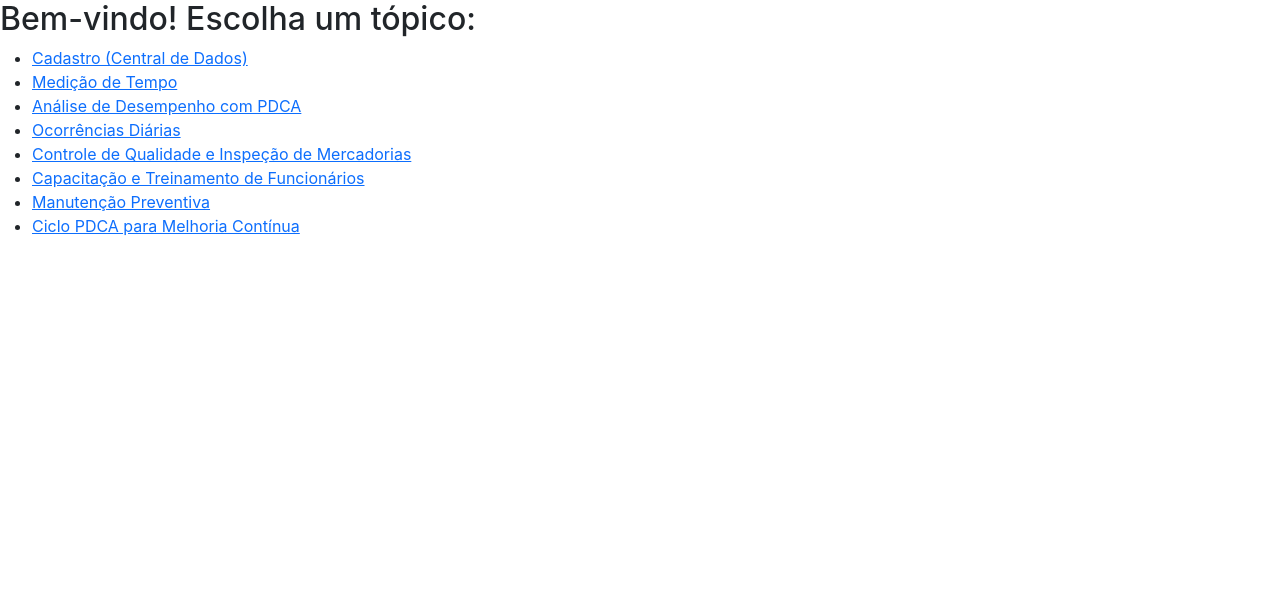
Repository: feliperanon/appliz
Page: /links
An editor plug-in stored every save of this project. The page is shown before and after the next save, followed by the edit.
The browser window is 1280 px wide. The pictures show the whole page.
The project was rebuilt for these pictures with package versions that can differ from the ones it lists, and the page was loaded fresh each time. Also part of the build but not shown: src/components/Login.js, src/components/Cadastro.js, src/components/MedicaoTempo.js, src/components/AnaliseDesempenho.js, src/components/OcorrenciasDiarias.js, src/components/ControleQualidade.js, src/components/CapacitacaoTreinamento.js, src/components/ManutencaoPreventiva.js and 1 more.

Above is the page before, as saved 2024-10-10 20:23:23.

### src/index.js
import React from 'react';
import ReactDOM from 'react-dom';
import 'bootstrap/dist/css/bootstrap.min.css'; // Importando o Bootstrap
import './index.css'; // Manter o CSS global se necessário
import App from './App';

ReactDOM.render(
  <React.StrictMode>
    <App />
  </React.StrictMode>,
  document.getElementById('root')
);

### src/App.js
import React from 'react';
import { BrowserRouter as Router, Route, Routes } from 'react-router-dom';
import Login from './components/Login';
import Cadastro from './components/Cadastro';
import MedicaoTempo from './components/MedicaoTempo';
import AnaliseDesempenho from './components/AnaliseDesempenho';
import OcorrenciasDiarias from './components/OcorrenciasDiarias';
import ControleQualidade from './components/ControleQualidade';
import CapacitacaoTreinamento from './components/CapacitacaoTreinamento';
import ManutencaoPreventiva from './components/ManutencaoPreventiva';
import CicloPDCA from './components/CicloPDCA';
import Links from './components/Links'; // Página com links para os tópicos

function App() {
  return (
    <Router>
      <Routes>
        <Route path="/" element={<Login />} />
        <Route path="/links" element={<Links />} />
        <Route path="/cadastro" element={<Cadastro />} />
        <Route path="/medicao-tempo" element={<MedicaoTempo />} />
        <Route path="/analise-desempenho" element={<AnaliseDesempenho />} />
        <Route path="/ocorrencias-diarias" element={<OcorrenciasDiarias />} />
        <Route path="/controle-qualidade" element={<ControleQualidade />} />
        <Route path="/capacitacao-treinamento" element={<CapacitacaoTreinamento />} />
        <Route path="/manutencao-preventiva" element={<ManutencaoPreventiva />} />
        <Route path="/ciclo-pdca" element={<CicloPDCA />} />
      </Routes>
    </Router>
  );
}

export default App;

### src/components/Links.js
import React from 'react';
import { Link } from 'react-router-dom';

const Links = () => {
  return (
    <div>
      <h2>Bem-vindo! Escolha um tópico:</h2>
      <ul>
        <li><Link to="/cadastro">Cadastro (Central de Dados)</Link></li>
        <li><Link to="/medicao-tempo">Medição de Tempo</Link></li>
        <li><Link to="/analise-desempenho">Análise de Desempenho com PDCA</Link></li>
        <li><Link to="/ocorrencias-diarias">Ocorrências Diárias</Link></li>
        <li><Link to="/controle-qualidade">Controle de Qualidade e Inspeção de Mercadorias</Link></li>
        <li><Link to="/capacitacao-treinamento">Capacitação e Treinamento de Funcionários</Link></li>
        <li><Link to="/manutencao-preventiva">Manutenção Preventiva</Link></li>
        <li><Link to="/ciclo-pdca">Ciclo PDCA para Melhoria Contínua</Link></li>
      </ul>
    </div>
  );
};

export default Links;

Loaded but not shown: public/index.html (common file); src/index.css (common file)

After the next save:
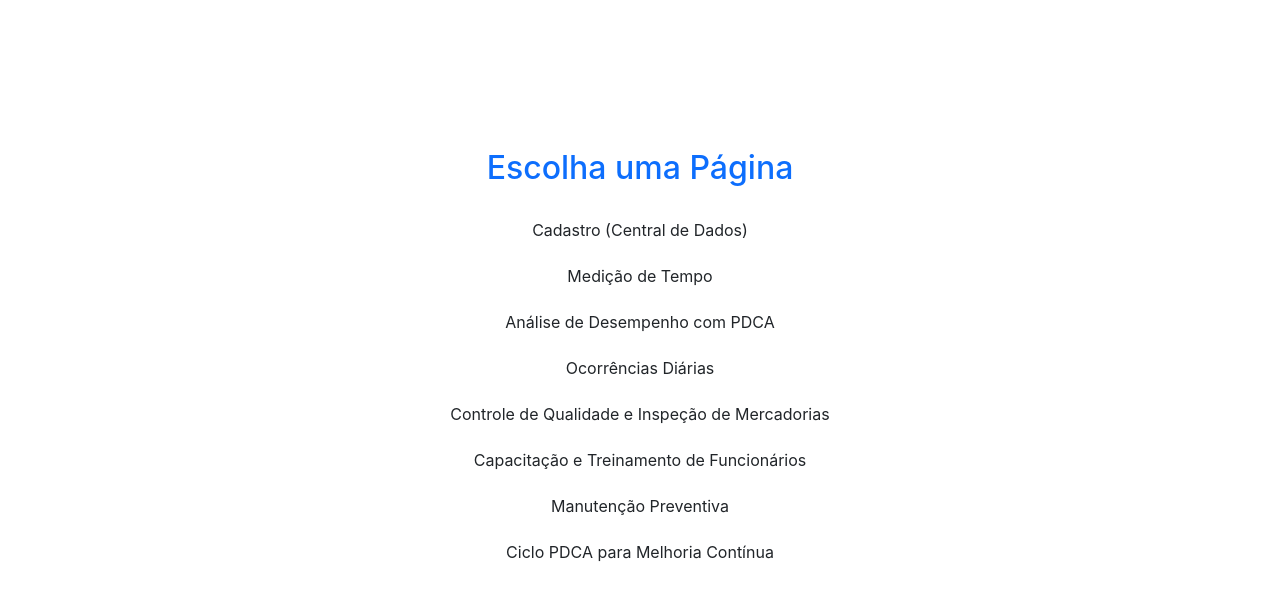
Saved 29 s later.
--- a/src/components/Links.js
+++ b/src/components/Links.js
@@ -3,18 +3,18 @@ import { Link } from 'react-router-dom';
 
 const Links = () => {
   return (
-    <div>
-      <h2>Bem-vindo! Escolha um tópico:</h2>
-      <ul>
-        <li><Link to="/cadastro">Cadastro (Central de Dados)</Link></li>
-        <li><Link to="/medicao-tempo">Medição de Tempo</Link></li>
-        <li><Link to="/analise-desempenho">Análise de Desempenho com PDCA</Link></li>
-        <li><Link to="/ocorrencias-diarias">Ocorrências Diárias</Link></li>
-        <li><Link to="/controle-qualidade">Controle de Qualidade e Inspeção de Mercadorias</Link></li>
-        <li><Link to="/capacitacao-treinamento">Capacitação e Treinamento de Funcionários</Link></li>
-        <li><Link to="/manutencao-preventiva">Manutenção Preventiva</Link></li>
-        <li><Link to="/ciclo-pdca">Ciclo PDCA para Melhoria Contínua</Link></li>
-      </ul>
+    <div className="container d-flex flex-column justify-content-center align-items-center vh-100">
+      <h2 className="text-primary mb-4">Escolha uma Página</h2>
+      <div className="d-grid gap-2 col-6 mx-auto">
+        <Link to="/cadastro" className="btn color1">Cadastro (Central de Dados)</Link>
+        <Link to="/medicao-tempo" className="btn color2">Medição de Tempo</Link>
+        <Link to="/analise-desempenho" className="btn color3">Análise de Desempenho com PDCA</Link>
+        <Link to="/ocorrencias-diarias" className="btn color4">Ocorrências Diárias</Link>
+        <Link to="/controle-qualidade" className="btn color5">Controle de Qualidade e Inspeção de Mercadorias</Link>
+        <Link to="/capacitacao-treinamento" className="btn color1">Capacitação e Treinamento de Funcionários</Link>
+        <Link to="/manutencao-preventiva" className="btn color2">Manutenção Preventiva</Link>
+        <Link to="/ciclo-pdca" className="btn color3">Ciclo PDCA para Melhoria Contínua</Link>
+      </div>
     </div>
   );
 };
